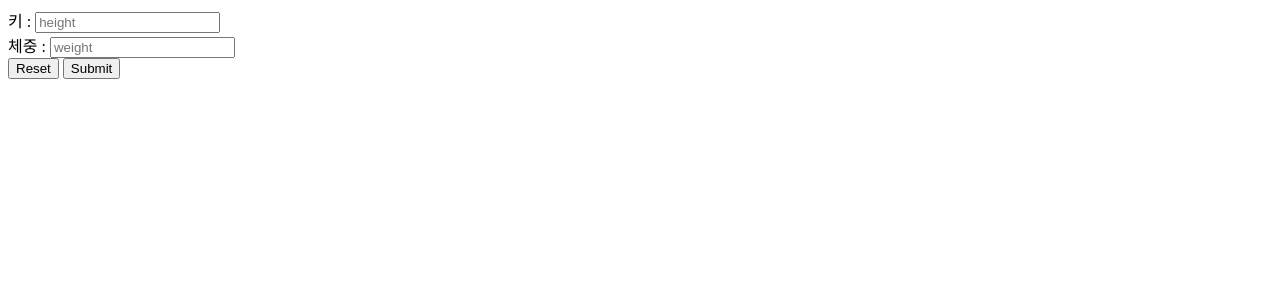
Repository: lee-ruru/jsp_practice
Page: http://localhost/JSPBasic/JspObject/1.requests/req_bmi.jsp
The author's editor kept a copy of each file at every save. The page is drawn from the files as they stood at one save, then again after the next save.
The browser window is 1280 px wide. The pictures show the whole page.
The page is served by Tomcat 9.

Above is the page before, as saved 2022-02-04 00:34:47.

### JSPBasic/src/main/webapp/JspObject/1.requests/req_bmi.jsp
<%@ page language="java" contentType="text/html; charset=UTF-8"
    pageEncoding="UTF-8"%>
<!DOCTYPE html>
<html>
<head>
<meta charset="UTF-8">
<title>Insert title here</title>
</head>
<body>
	<%--
	사용자의 키(height)와 체중(weight)를 입력받아 BMI지수를 계산해 출력하는
	form 및 출력페이지를 만들어 보겠습니다.

	1. 사용자의 입력값을 서버로 전송할 떄는 form 태그를 사용합니다.
	2. form의 action= 속성을 이용해 전달할 페이지 및 URL을 지정할 수 있습니다.
	3. input 태그에 name 속성으로 요청자료를 부를 명칭을 정할 수 있습니다.
	4. submit 버튼을 사용하면 action= 에 지정한 페이지로 자료가 전송됩니다.
	req_bmi.jsp --> req_bmi_result.jsp로 전송되게 해주세요.--%>

	<form action="req_bmi_result.jsp">
		키 :
		<input type="text" name="height" placeholder="height" /><br/>
		체중 :
		<input type="text" name="weight" placeholder="weight" /><br/>

		<input type="reset" />
		<input type="submit" />


	</form>



</body>
</html>

After the next save:
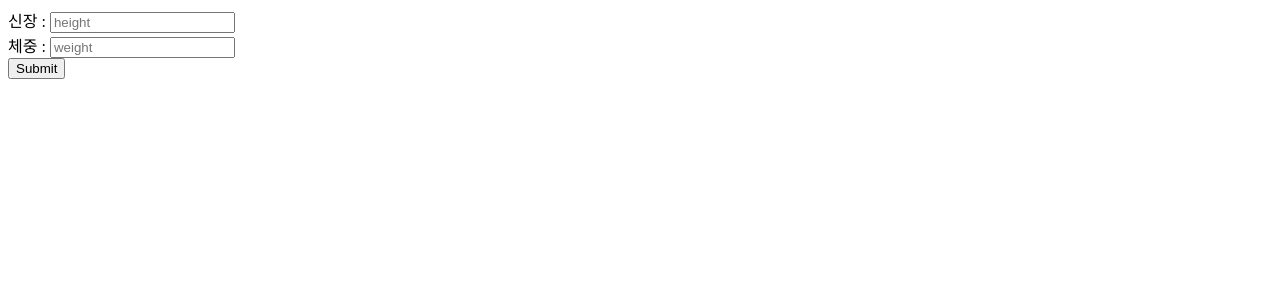
Saved 85 s later.
--- a/JSPBasic/src/main/webapp/JspObject/1.requests/req_bmi.jsp
+++ b/JSPBasic/src/main/webapp/JspObject/1.requests/req_bmi.jsp
@@ -18,12 +18,11 @@
 	req_bmi.jsp --> req_bmi_result.jsp로 전송되게 해주세요.--%>
 
 	<form action="req_bmi_result.jsp">
-		키 :
+		신장 :
 		<input type="text" name="height" placeholder="height" /><br/>
 		체중 :
 		<input type="text" name="weight" placeholder="weight" /><br/>
 
-		<input type="reset" />
 		<input type="submit" />
 
 
